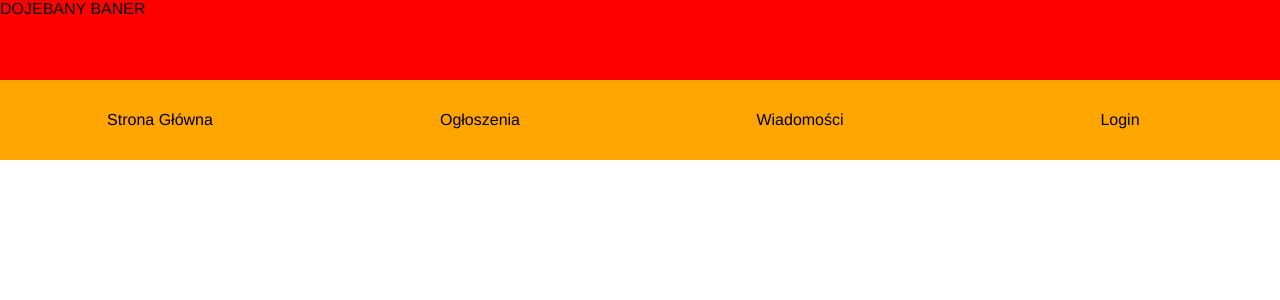
Repository: PatrykStawik/projectppz
Page: /Login
The author's editor kept a copy of each file at every save. The page is drawn from the files as they stood at one save, then again after a run of saves.
The browser window is 1280 px wide. The pictures show the whole page.
The project was rebuilt for these pictures with package versions that can differ from the ones it lists, and the page was loaded fresh each time. The framework's server and built-in components were replaced by stand-ins that run in the browser.

Above is the page before, as saved 2021-05-21 21:54:50.

After the next 2 saves:
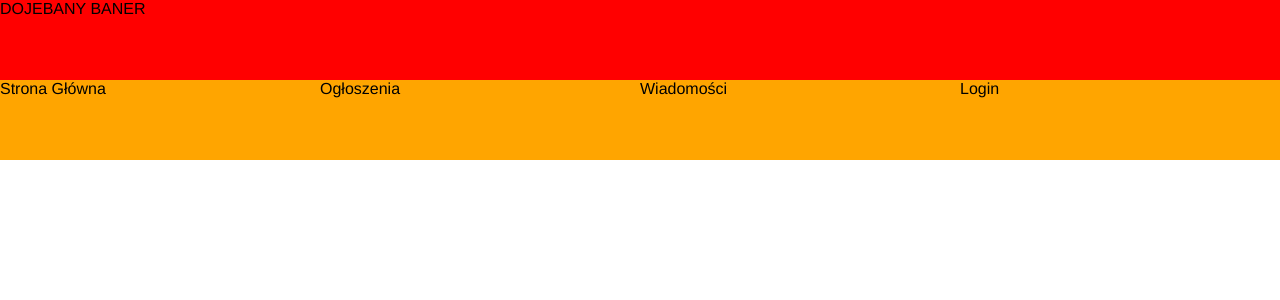
The 2 saves are shown as one change because they came seconds apart.
The last was saved 11 s later.
--- a/components/Header/Header.tsx
+++ b/components/Header/Header.tsx
@@ -14,9 +14,8 @@ const Wrapper = styled.header`
     height: 80px;
     .menuItem {
       flex: 1;
-      text-align: center;
       height: 100%;
-      line-height: 80px;
+
       background-color: ${colors.orange};
     }
   }
